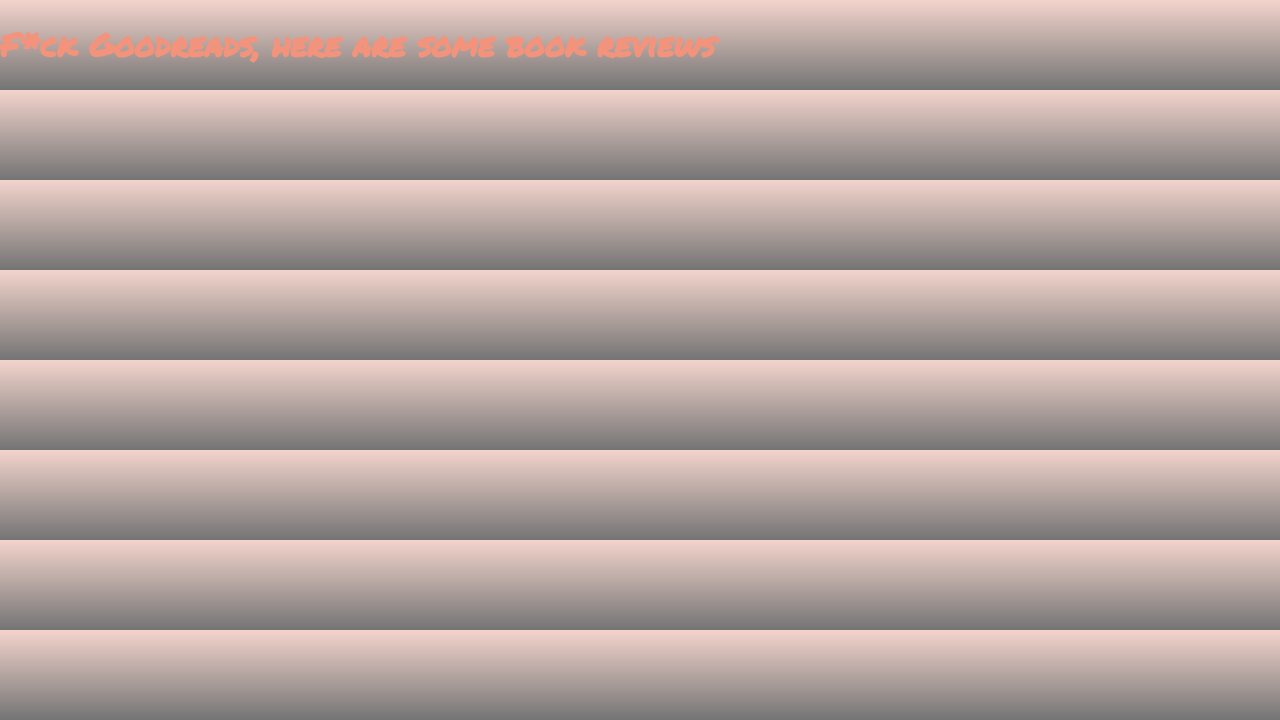
Repository: emnharris/FreeCodeCampChallenges
Page: responsive-web-design/book-reviews/books.html
An editor plug-in stored every save of this project. The page is shown before and after the next save, followed by the edit.
The browser window is 1280 px wide. The pictures show the whole page.

Above is the page before, as saved 2020-04-18 12:35:50.

After the next save:
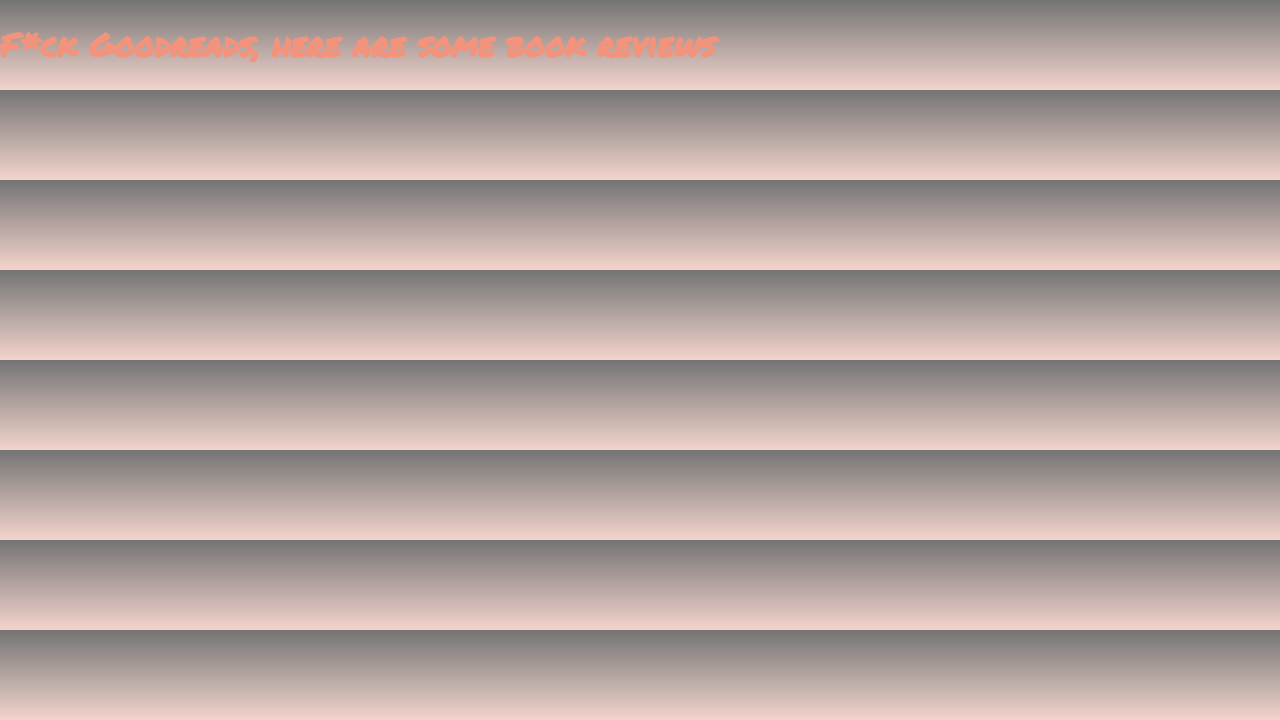
Saved 20 s later.
--- a/responsive-web-design/book-reviews/books.css
+++ b/responsive-web-design/book-reviews/books.css
@@ -16,5 +16,5 @@
 
 body {
     margin: 0px;
-    background: linear-gradient(360deg,#747474, #f3d4cc);
+    background: linear-gradient(180deg,#747474, #f3d4cc);
 }
